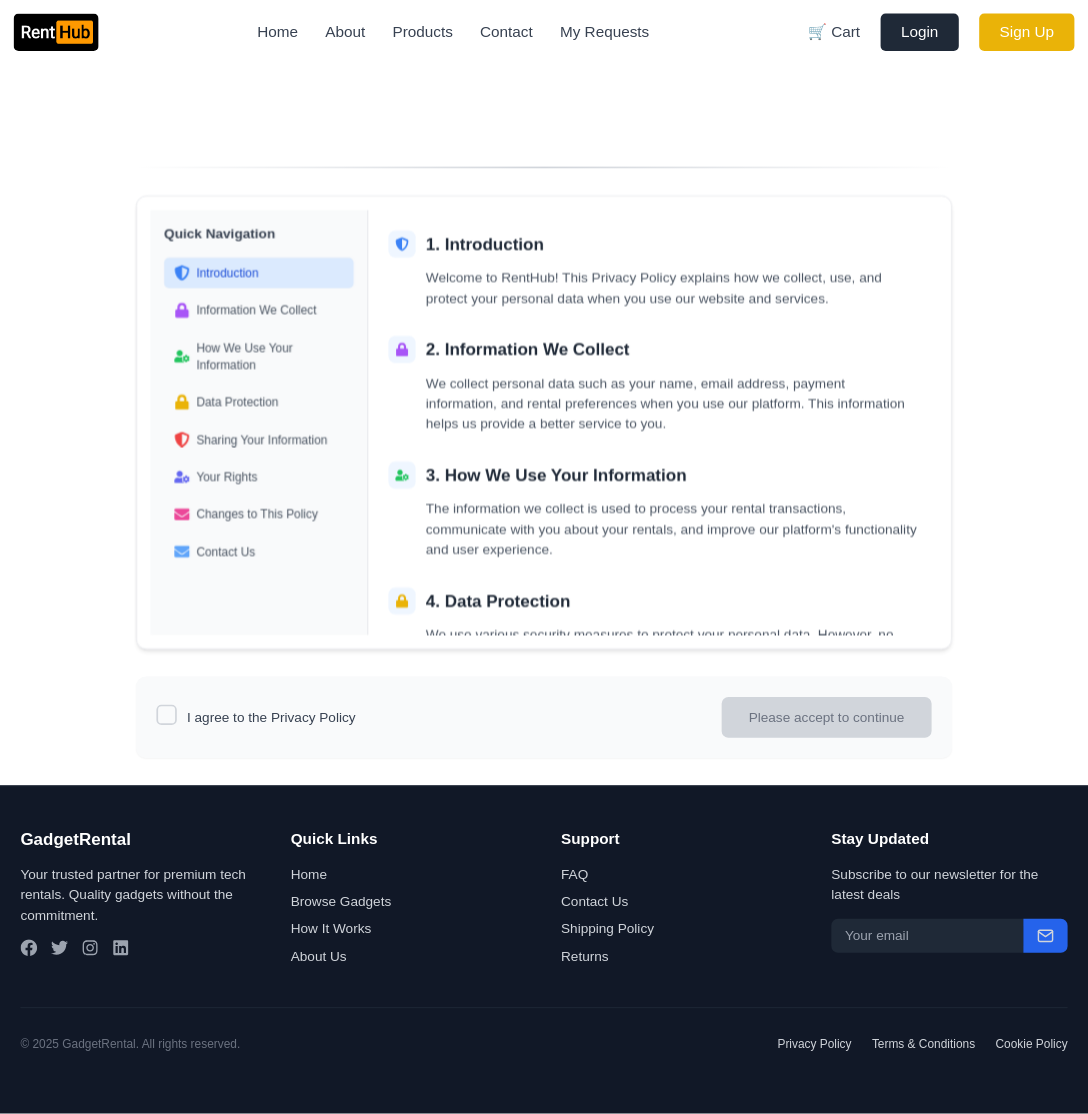
Repository: aayushg07/Renthub
Page: /privacy
These files come from the project's save history. The page is drawn as it stood at one moment and after the next save; the edit follows.
The browser window is 1280 px wide. The pictures show the whole page, at 85% of full size.
An inner scrolling area shows only its first screen. The project was rebuilt for these pictures with package versions that can differ from the ones it lists, and the page was loaded fresh each time. The framework's server and built-in components were replaced by stand-ins that run in the browser. Also part of the build but not shown: next.config.ts.

Above is the page before, as saved 2025-04-02 00:25:29.

After the next save:
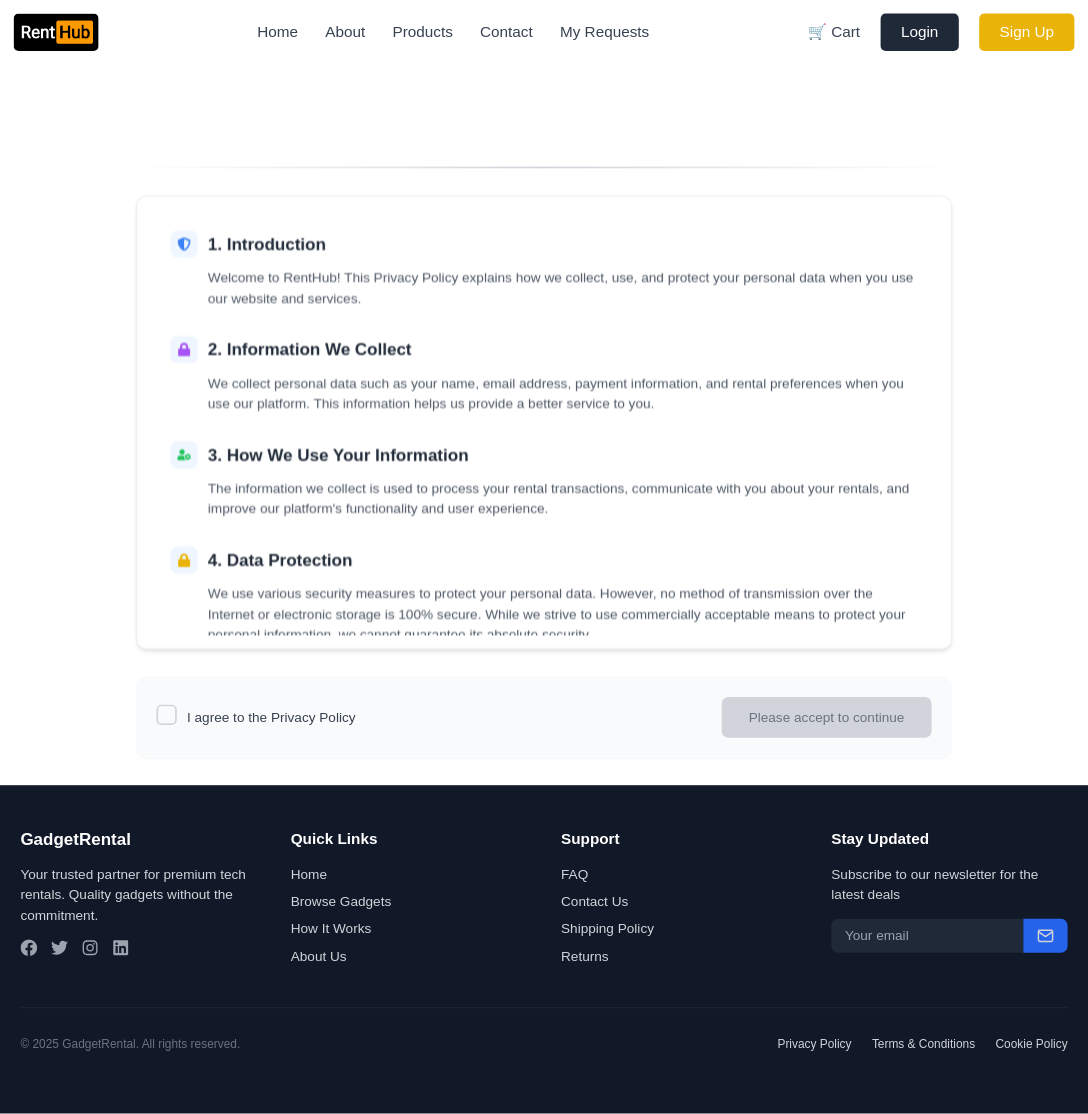
Saved 19 s later.
--- a/app/privacy/page.tsx
+++ b/app/privacy/page.tsx
@@ -94,7 +94,7 @@ export default function PrivacyPolicy() {
         <Card className="border border-gray-200 dark:border-gray-700 rounded-xl shadow-lg overflow-hidden backdrop-blur-sm bg-white/90 dark:bg-gray-900/90">
           <div className="flex flex-col md:flex-row">
             {/* Sidebar Navigation */}
-            <div className="w-full md:w-64 p-4 border-b md:border-b-0 md:border-r border-gray-200 dark:border-gray-700 bg-gray-50 dark:bg-gray-800">
+            {/* <div className="w-full md:w-64 p-4 border-b md:border-b-0 md:border-r border-gray-200 dark:border-gray-700 bg-gray-50 dark:bg-gray-800">
               <h3 className="font-semibold mb-4 text-gray-700 dark:text-gray-300">Quick Navigation</h3>
               <nav className="space-y-2">
                 {sections.map((section) => (
@@ -118,7 +118,7 @@ export default function PrivacyPolicy() {
                   </motion.button>
                 ))}
               </nav>
-            </div>
+            </div> */}
 
             {/* Policy Content */}
             <ScrollArea className="h-[500px] flex-1">
